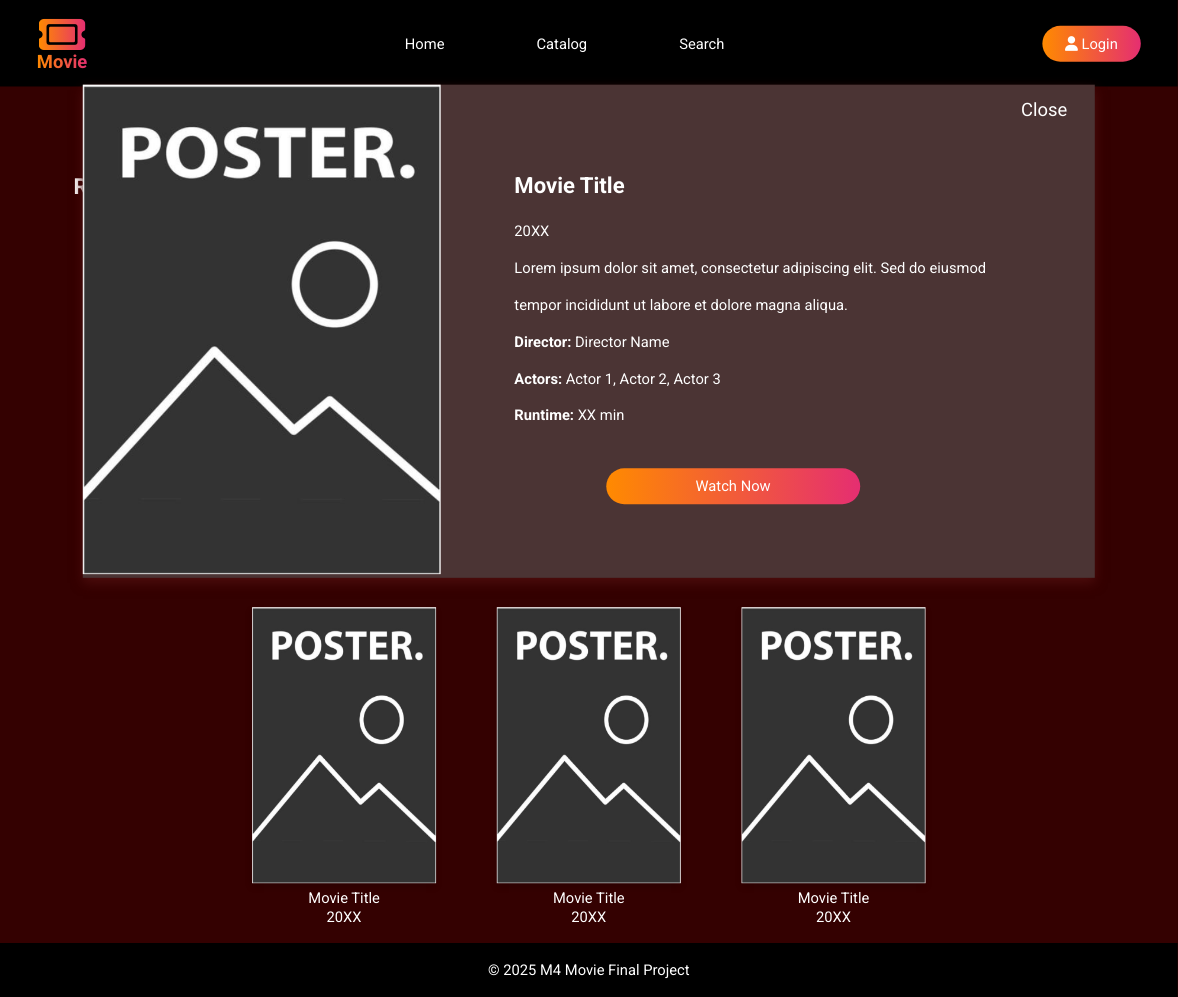
Repository: avivanguyen/m4_movie-FinalProject
Page: index.html
The author's editor kept a copy of each file at every save. The page is drawn from the files as they stood at one save, then again after a run of saves.
The browser window is 1280 px wide. The pictures show the whole page, at 92% of full size.
Empty fields were first filled with sample values (such as "Sample", 5 or name@example.com).
After loading, the first visible `div.movie-card__container` was clicked once.
Some web libraries are served in a nearby version.

Above is the page before, as saved 2025-12-25 12:01:08.

### index.html
<!DOCTYPE html>
<html lang="en">
<head>
    <meta charset="UTF-8">
    <meta name="viewport" content="width=device-width, initial-scale=1.0">
    <title>M4 Movie Final Project</title>
    <link rel="stylesheet" href="styles.css">
    <script src="script.js" defer></script>
    <script src="https://kit.fontawesome.com/2588cf0bac.js" crossorigin="anonymous"></script>
</head>
<body>
    <nav>
        <div class="logo">
            <i class="fa-solid fa-ticket logo__ticket"></i>
            <h1 class="logo__title">Movie</h1>
        </div>
        <ul class="nav-links">
            <li><a href="#">Home</a></li>
            <li><a href="#">Catalog</a></li>
            <li><a href="#">Search</a></li>
        </ul>
        <div class="login">
            <button>
                <a href="#"><i class="fa-solid fa-user login__icon"></i> Login</a>
            </button>
        </div>
    </nav>
    <main>
        <section class="search-section">
            <input type="text" id="search-input" placeholder="Search for a movie...">
            <button id="search-button"><i class="fa-solid fa-magnifying-glass"></i></button>
        </section>
        <section class="results__section">
            <div id="results__container">
                <div class="breadcrumb">
                    <h2>Results showing for "<span id="search-term">Movie Name</span>"</h2>
                </div>
                <div class="movie">
                    <div class="movie-card">
                        <div class="movie-card__container" onclick="toggleModal()">
                            <div class="movie__poster">
                                <img src="./assets/movie_poster-placeholder.png" alt="">
                            </div>
                            <div class="movie__title">Movie Title</div>
                            <div class="movie__year">20XX</div>
                        </div>
                    </div>
                    <div class="movie-card">
                        <div class="movie-card__container" onclick="toggleModal()">
                            <div class="movie__poster">
                                <img src="./assets/movie_poster-placeholder.png" alt="">
                            </div>
                            <div class="movie__title">Movie Title</div>
                            <div class="movie__year">20XX</div>
                        </div>
                    </div>
                    <div class="movie-card">
                        <div class="movie-card__container" onclick="toggleModal()">
                            <div class="movie__poster">
                                <img src="./assets/movie_poster-placeholder.png" alt="">
                            </div>
                            <div class="movie__title">Movie Title</div>
                            <div class="movie__year">20XX</div>
                        </div>
                    </div>
                    <div class="movie-card">
                        <div class="movie-card__container" onclick="toggleModal()">
                            <div class="movie__poster">
                                <img src="./assets/movie_poster-placeholder.png" alt="">
                            </div>
                            <div class="movie__title">Movie Title</div>
                            <div class="movie__year">20XX</div>
                        </div>
                    </div>
                    <div class="movie-card">
                        <div class="movie-card__container" onclick="toggleModal()">
                            <div class="movie__poster">
                                <img src="./assets/movie_poster-placeholder.png" alt="">
                            </div>
                            <div class="movie__title">Movie Title</div>
                            <div class="movie__year">20XX</div>
                        </div>
                    </div>
                    <div class="movie-card">
                        <div class="movie-card__container" onclick="toggleModal()">
                            <div class="movie__poster">
                                <img src="./assets/movie_poster-placeholder.png" alt="">
                            </div>
                            <div class="movie__title">Movie Title</div>
                            <div class="movie__year">20XX</div>
                        </div>
                    </div>
                </div>
            </div>
        </section>
        <div class="modal">
            <div class="modal__half modal__poster">
                <figure>
                    <img src="./assets/movie_poster-placeholder.png" alt="">
                </figure>
            </div>
            <div class="modal__half modal__description">
                <h2 class="modal__title">Movie Title</h2>
                <p class="modal__year">20XX</p>
                <p class="modal__plot">Lorem ipsum dolor sit amet, consectetur adipiscing elit. Sed do eiusmod tempor incididunt ut labore et dolore magna aliqua.</p>
                <ul class="modal__details">
                    <li><strong>Director:</strong> Director Name</li>
                    <li><strong>Actors:</strong> Actor 1, Actor 2, Actor 3</li>
                    <li><strong>Runtime:</strong> XX min</li>
                </ul>
                <button class="watch">Watch Now</button>
            </div>
            <button class="close-button" onclick="toggleModal()">Close</button>
        </div>
    </main>
    <footer>
        <p>&copy; 2025 M4 Movie Final Project</p>
    </footer>
</body>
</html>

### styles.css
@import url('https://fonts.googleapis.com/css2?family=Roboto:ital,wght@0,100..900;1,100..900&display=swap');

* {
    margin: 0;
    padding: 0;
    box-sizing: border-box;
    font-family: 'Roboto', sans-serif;
}

body {
    background-color: #340101;
    min-height: 100vh;
    display: flex;
    flex-direction: column; /*ensures footer stays at bottom*/
}

a {
    text-decoration: none;
}

li {
    list-style: none;
}

/*
NAVIGATION STYLES
*/
nav {
    display: flex;
    justify-content: space-between;
    align-items: center;
    flex-direction: row;
    background-color: black;
    width: 100%;
    padding: 15px 40px;
}

.logo {
    display: flex;
    align-items: center;
    flex-direction: column;
}

.logo__ticket,
.logo__title {
    background: linear-gradient(90deg, #ff8a00, #e52e71);
    background-clip: text;
    -webkit-background-clip: text;
    -webkit-text-fill-color: transparent;
}

.logo__ticket {
    font-size: 45px;
    margin-bottom: -5px;
}

.logo__title {
    font-size: 20px;
}

.nav-links {
    display: flex;
    flex-direction: row;
    gap: 100px;
}

.nav-links a {
    color: white;
    font-size: 16px;
    transition: color 300ms ease;
}

.nav-links a:hover,
.close-button:hover {
    color: #ff8a00;
}

.login button,
.modal button.watch {
    background: linear-gradient(90deg, #ff8a00, #e52e71);
    border: none;
    padding: 10px 25px;
    border-radius: 50px;
    color: white;
    font-size: 16px;
    cursor: pointer;
    transition: transform 300ms ease;
}
.login button:hover,
.modal button.watch:hover {
    transform: scale(1.1);
}

.login a {
    color: white;
}


/*
SEARCH STYLES
*/
.search-section {
    display: flex;
    justify-content: center;
    align-items: center;
    margin: 30px 0;
}

#search-input {
    width: 400px;
    height: 35px;
    padding: 0 10px;
    font-size: 16px;
    border: 1.5px solid #ccc;
    border-right: none;
    border-radius: 50px 0 0 50px;
    outline: none;
    background-color: transparent;
    color: white;
}

#search-button {
    height: 35px;
    width: 50px;
    outline: none;
    border-radius: 0 50px 50px 0;
    border: 1.5px solid #ccc;
    border-left: none;
    cursor: pointer;
    background: linear-gradient(90deg, #ff8a00, #e52e71);
    transition: all 300ms ease;
    position: relative;
}
#search-button:hover {
    background: transparent;
    border: 2px solid transparent;
    background-image: linear-gradient(#340101, #340101), linear-gradient(90deg, #ff8a00, #e52e71);
    background-origin: border-box;
    background-clip: padding-box, border-box;
}

.search-section #search-button i {
    color: white;
}

/*
RESULTS STYLES
*/
.breadcrumb {
    color: white;
    margin-left: 20px;
    margin-bottom: 40px;
}

.results__section {
    margin: 0 60px;
}

.movie {
    width: 100%;
    height: auto;
    padding: 0 80px;
    display: flex;
    flex-direction: row;
    flex-wrap: wrap;
    justify-content: center;
}

.movie-card {
    cursor: pointer;
    margin: 15px;
    display: flex;
    flex-direction: row;
    flex-wrap: wrap;
    justify-content: center;
    transition: transform 300ms ease;
}
.movie-card:hover {
    transform: scale(1.05);
    background-color: #4d0d0d;
    border-radius: 8px;
    box-shadow: 0 6px 12px #4d0d0d;
}

.movie-card__container {
    padding: 4px 18px;
}

.movie__poster img {
    width: 200px;
    height: 300px;
    box-shadow: 0 4px 8px rgba(0, 0, 0, 0.2);
}

.movie__title,
.movie__year {
    color: white;
    text-align: center;
    margin-top: 2px;
}

/*
MODAL STYLES
*/
.modal {
    display: flex;
    position: fixed;
    top: 50%;
    left: 50%;
    transform: translate(-50%, -50%);
    width: 90%;
    max-width: 1100px;
    background-color: #4b3434;
    box-shadow: 0 6px 12px #4d0d0d;
    visibility: hidden;
    transition: visibility 400ms, z-index 300ms ease;
}

.modal--open .modal {
    display: flex;
    z-index: 50;
    box-shadow: 0 6px 12px #4d0d0d;
    visibility: visible;
}

.modal__half {
    display: flex;
    flex-direction: column;
    justify-content: center;
    position: relative;
}

.modal__poster img {
    width: 100%;
}

.modal__description {
    padding: 80px;
    color: white;
    line-height: 2.5;
}

.watch {
    margin-top: auto;
    width: 50%;
    display: flex;
    justify-content: center;
    align-items: center;
    margin-left: 100px;
}

.close-button {
    position: absolute;
    top: 15px;
    right: 30px;
    font-size: 20px;
    color: white;
    cursor: pointer;
    background-color: transparent;
    border: none;
}

/*
FOOTER STYLES
*/
footer {
    text-align: center;
    padding: 20px 0;
    background-color: black;
    color: white;
    margin-top: auto;
}

### script.js
//API key: 5aa2e87d
//base URL: https://www.omdbapi.com/?apikey=5aa2e87d&s=MOVIE_NAME_HERE

//Modal functionality
let isModalOpen = false;

function toggleModal() {
    if (isModalOpen) {
        isModalOpen = !isModalOpen;
        return document.body.classList.remove('modal--open');
    }
    isModalOpen = true;
    document.body.classList += ' modal--open';
}

//API fetch functionality
const movieListEl = document.getElementById('movie-list');

async function main(searchMovie) {
    const movie = await fetch(`https://www.omdbapi.com/?apikey=5aa2e87d&s=${searchMovie}`);
    const movieData = await movie.json();
    movieListEl.innerHTML = movieData.map((movie) => movieHtml(movie)).join('');
}

After the next 7 saves:
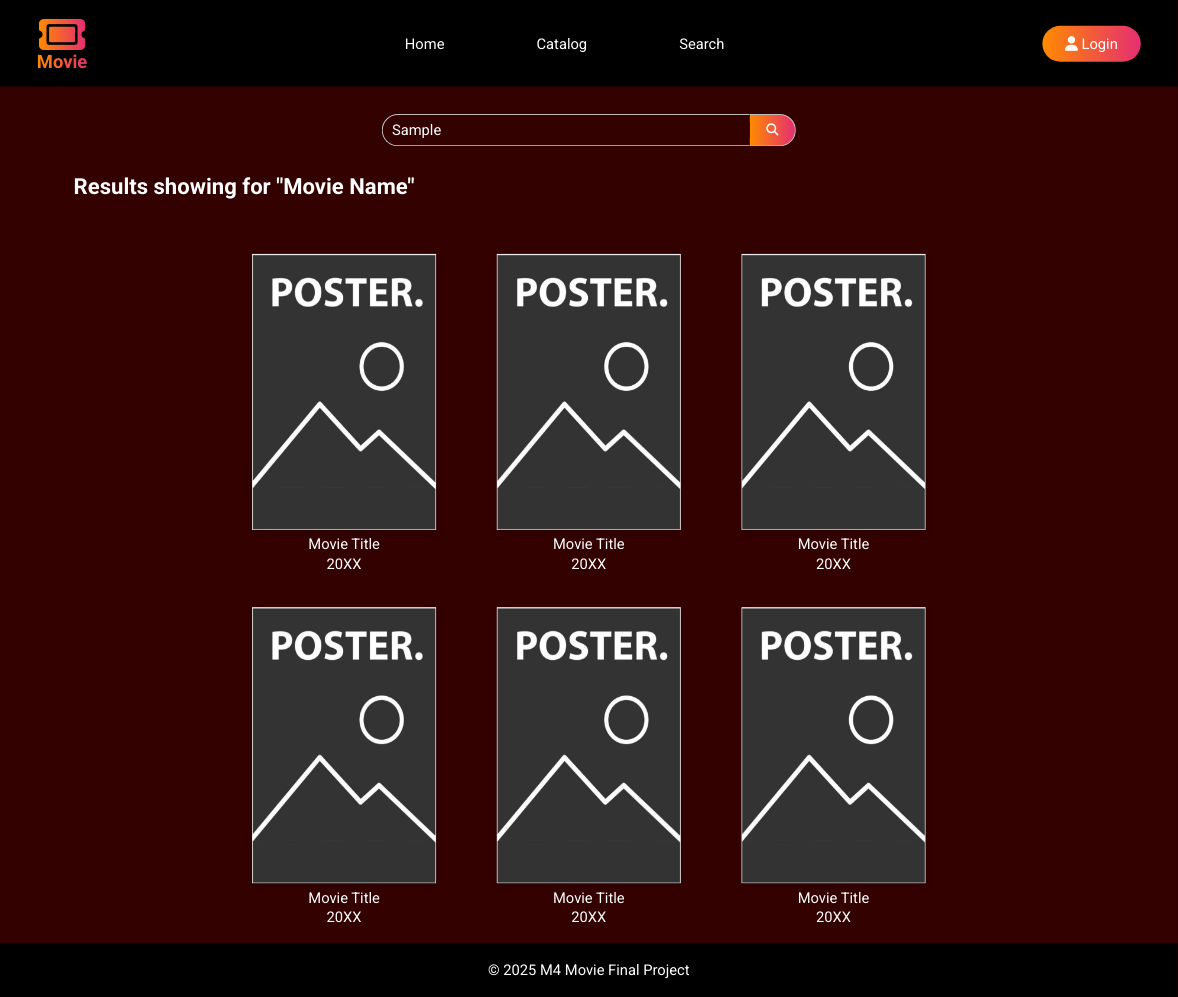
Console error: SyntaxError: Unexpected end of input
The 7 saves are shown as one change because they came seconds apart.
The last was saved 21 s later.
--- a/script.js
+++ b/script.js
@@ -21,3 +21,7 @@ async function main(searchMovie) {
     const movieData = await movie.json();
     movieListEl.innerHTML = movieData.map((movie) => movieHtml(movie)).join('');
 }
+
+main();
+
+function
